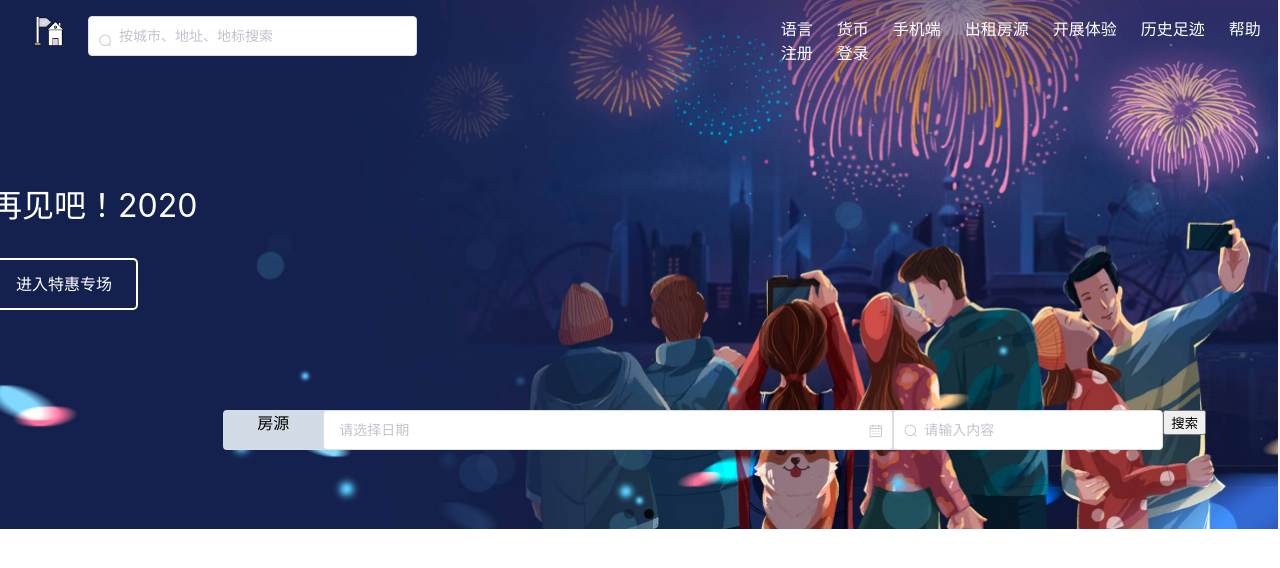
Repository: yz1181214391/my-airbnb
Page: /
An editor plug-in stored every save of this project. The page is shown before and after the next save, followed by the edit.
The browser window is 1280 px wide. The pictures show the whole page.
The project was rebuilt for these pictures with package versions that can differ from the ones it lists, and the page was loaded fresh each time. Also part of the build but not shown: src/views/Language.vue, src/views/Currency.vue, src/views/Enter.vue, src/views/Experience.vue, src/views/Help.vue, src/views/History.vue, src/views/Mobile.vue, src/views/Register.vue and 1 more.

Above is the page before, as saved 2020-12-14 13:50:25.

After the next save:
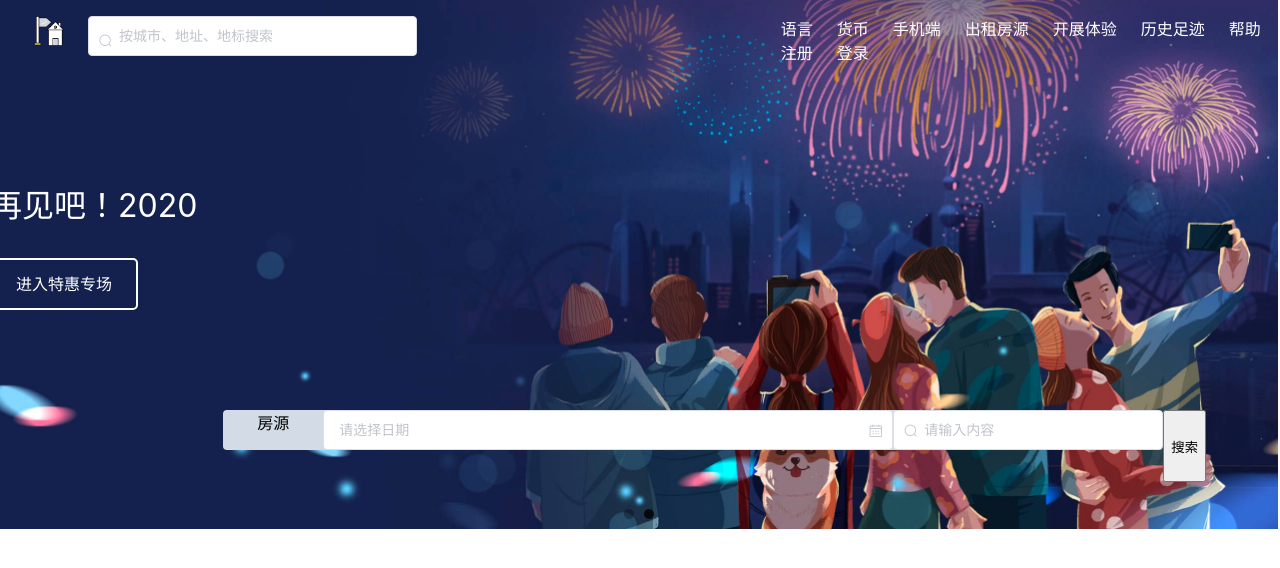
Saved 45 s later.
--- a/src/components/Header.vue
+++ b/src/components/Header.vue
@@ -49,9 +49,7 @@
                   v-model="input21">
                 </el-input>
               </div>
-              <div style="text-align: center;">
-                <button>搜索</button>
-              </div>
+              <button>搜索</button>
             </div>
           </div>
         </el-col>
